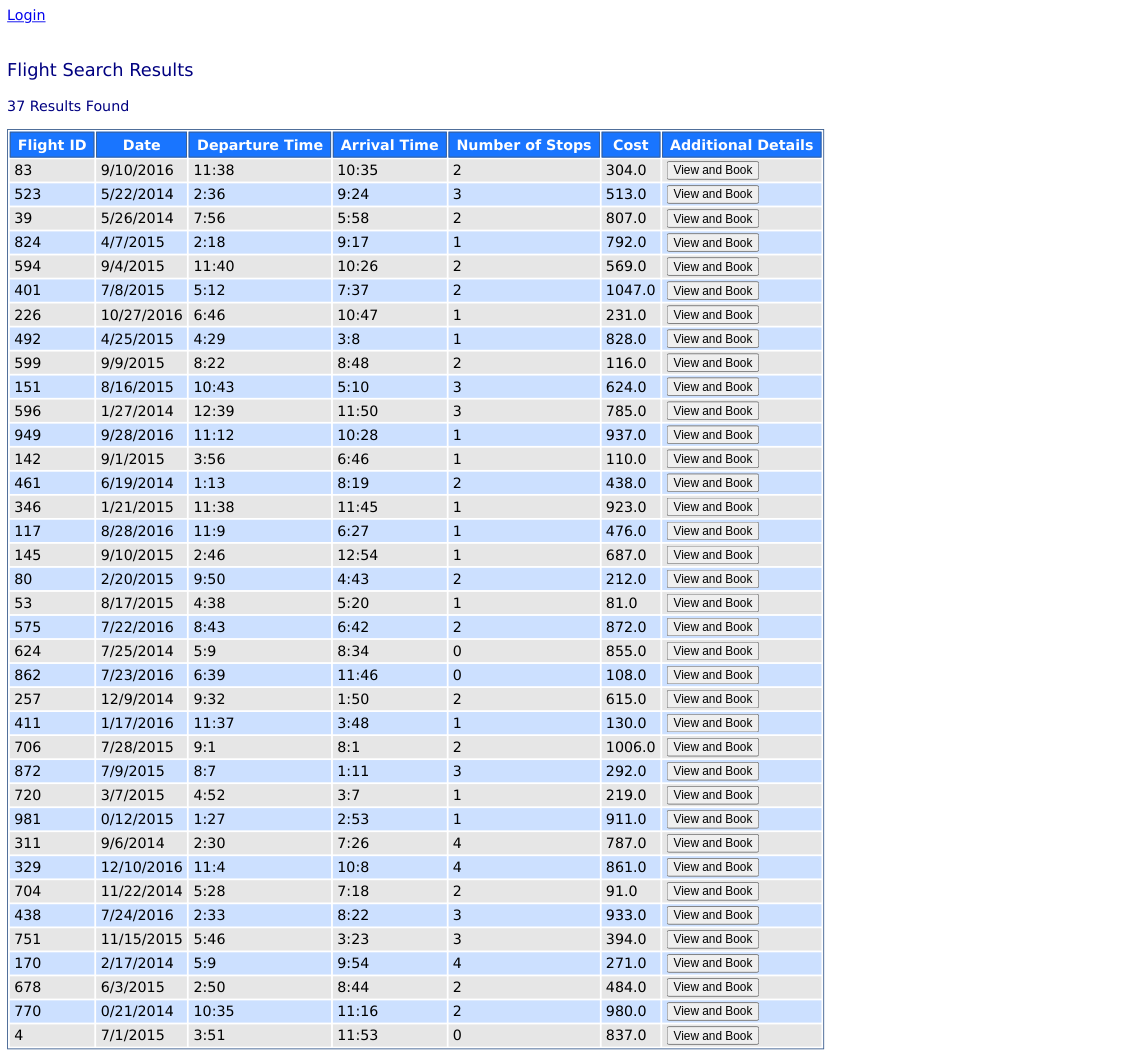
Repository: jliu9000/CSE-464---Flight-Pages
Page: http://localhost/HW1/FlightSearchResults.jsp
These files come from the project's save history. The page is drawn as it stood at one moment and after the next save; the edit follows.
The browser window is 1280 px wide. The pictures show the whole page, at 89% of full size.
The page is served by Tomcat 9. Other server files are loaded and not shown.

Above is the page before, as saved 2014-09-21 09:01:16.

### HW1/WebContent/FlightSearchResults.jsp
<%@ page language="java" contentType="text/html; charset=ISO-8859-1"
    pageEncoding="ISO-8859-1"%>
<!DOCTYPE html PUBLIC "-//W3C//DTD HTML 4.01 Transitional//EN" "http://www.w3.org/TR/html4/loose.dtd">
<html>
<head>
<meta http-equiv="Content-Type" content="text/html; charset=ISO-8859-1">
<link rel="stylesheet" type="text/css" href="FlightStyles.css">
<title>Flight Search Results</title>

<%@ page import="flight.bizlogic.RecordFactory"%>
</head>
<body>


	<%  //get the records
		RecordFactory records = new RecordFactory(0);
	  	records.generateRecords();
	%>

	<a id="login" href="/login.jsp">
	<%
	//login or out
	if (session.getAttribute("nUserID") != null){%>
	Logout
	<% } else { %>
	Login
	<%}%>
	</a>

	<br><br>
	<p class="PageTitle">Flight Search Results</p>
	<p class="subheading"><%=records.TotalRecords() %> Results Found</p>

	<table>
		<TR>
			<th>Flight ID</th>
			<th>Date</th>
			<th>Departure Time</th>
			<th>Arrival Time</th>
			<th>Number of Stops</th>
			<th>Cost</th>
			<th>Additional Details</th>
		</TR>


		<%for (int i = 0; i<records.TotalRecords(); i++){%>
		<tr class='<%= i % 2 == 1 ? "" : "alt" %>'>
		<%=records.toHTMLTableRow(i) %>
			<td class="button">
				<a href="ViewAndBook.jsp"><button>View and Book</button></a>
			</td>
		</tr>
		<%} %>

	</table>


</body>






</html>

### HW1/src/flight/bizlogic/RecordFactory.java
package flight.bizlogic;
import java.util.ArrayList;



public class RecordFactory {
	//Master list
	private ArrayList<FlightRecord> oRecordsList;
	private int nTotalRecords;

	//Lists for record generation
	private String sListOfLocations[] = {"New York City, New York","Dallas, Texas","Sacramento, California",
			"Chicago, Illinois","Lincoln, Nebraska","Denver, Colorado","Atlanta, Georgia"};
	private int sListOfYears[] ={2014,2015,2016};
	private String sListOfClass[] ={"First Class", "Business", "Economy"};

	//Static test record
	private FlightRecord _oTestRecord = new FlightRecord(1, "Lincoln, NE", "Baltimore, MD", "9/28/2014", 52, "First Class",
			"7:00", "9:30", 1, 400.00);

	public RecordFactory(int nTotalRecords){

		//use nTotalRecords <= 0 for a random number of 1 to 50 records
		if (nTotalRecords <= 0){
			this.nTotalRecords = (int) Math.round(Math.random() * 49) + 1;
		}else{
			this.nTotalRecords = nTotalRecords;
		}

		oRecordsList = new ArrayList<FlightRecord>();

	}

	public void generateRecords(){

		for (int i = 0; i<= nTotalRecords; i++){
			oRecordsList.add(getSingleRecord());
		}

	}

	public FlightRecord getSingleRecord(){
		String sFormatedMonth;
		int nYear, nMonth, nDay, nSeats, nClass, nSource, nDestination, nID;

		nMonth = (int) Math.round(Math.random() * 12);
		nDay = (int) Math.round(Math.random() * 28);
		nYear = (int) Math.round(Math.random() * 2);
		sFormatedMonth = nMonth + "/" +nDay +"/" +sListOfYears[nYear];

		nSeats = (int) Math.round(Math.random() * 100);
		nClass = (int) Math.round(Math.random()*2);
		nSource = (int) Math.round(Math.random()*6);
		nDestination = (int) Math.round(Math.random() * 6);
		//destination cannot equal source
		while (nDestination == nSource){
			nDestination = (int) Math.round(Math.random() * 6);
		}

		return new FlightRecord(sListOfLocations[nSource], sListOfLocations[nDestination], sFormatedMonth, nSeats, sListOfClass[nClass]);

	}





	public String toHTMLTableRow(int nRow){
		FlightRecord r;
		String sHTMLRow;
		if (nRow < oRecordsList.size()){
			r = oRecordsList.get(nRow);
		}else{
			return "";
		}

		sHTMLRow = "<td>" +r.getID() +"</td>";
		sHTMLRow += "<td>" +r.getDateOfTravel() +"</td>";
		sHTMLRow += "<td>" +r.getDepartureTime() +"</td>";
		sHTMLRow += "<td>" +r.getArrivalTime() +"</td>";
		sHTMLRow += "<td>" +r.getNumberOfStops() +"</td>";
		sHTMLRow += "<td>" +r.getCost() +"</td>";

		return sHTMLRow;
	}

	public FlightRecord TestRecord() {
		return _oTestRecord;
	}

	public int TotalRecords(){
		return nTotalRecords;

	}
}

### HW1/src/flight/bizlogic/FlightRecord.java
package flight.bizlogic;

public class FlightRecord {
	private String sSource;
	private String sDestination;
	private String sDateOfTravel;
	private String sClass;
	private int nSeats;

	private String sDepartureTime;
	private String sArrivalTime;
	private int nNumberOfStops;
	private double dCost;
	private int nID;


	public FlightRecord(String sSource, String sDestination, String sDateOfTravel, int nSeats,
			String sClass){
		this.sSource = sSource;
		this.sDestination = sDestination;
		this.sDateOfTravel = sDateOfTravel;
		this.nSeats = nSeats;
		this.sClass = sClass;
		fillRecord();
	}

	public FlightRecord(int nID, String sSource, String sDestination, String sDateOfTravel, int nSeats,
			String sClass, String sDepartureTime, String sArrivalTime, int nNumberOfStops, double dCost){
		this.nID = nID;
		this.sSource = sSource;
		this.sDestination = sDestination;
		this.sDateOfTravel = sDateOfTravel;
		this.nSeats = nSeats;
		this.sClass = sClass;
		this.sDepartureTime = sDepartureTime;
		this.sArrivalTime = sArrivalTime;
		this.nNumberOfStops = nNumberOfStops;
		this.dCost = dCost;

	}


	//fill missing fields w/ random numbers
	private void fillRecord(){
		int nHour, nMin;
		nID = (int) Math.round(Math.random()*1000);
		nHour = (int) Math.round(Math.random() * 11) + 1;
		nMin = (int) Math.round(Math.random() * 60);
		sDepartureTime =  nHour +":" +nMin;
		nHour = (int) Math.round(Math.random() * 11) + 1;
		nMin = (int) Math.round(Math.random() * 60);
		sArrivalTime =  nHour +":" +nMin;
		nNumberOfStops = (int) Math.round(Math.random() * 4);
		dCost =  Math.round(Math.random() * 1000) + 50;

	}



	public String getDepartureTime() {
		return sDepartureTime;
	}


	public String getArrivalTime() {
		return sArrivalTime;
	}


	public int getNumberOfStops() {
		return nNumberOfStops;
	}


	public double getCost() {
		return dCost;
	}


	public int getID() {
		return nID;
	}



	public String getSource() {
		return sSource;
	}

	public String getDestination() {
		return sDestination;
	}

	public String getDateOfTravel() {
		return sDateOfTravel;
	}

	public String getFlightClass() {
		return sClass;
	}

	public int getSeats() {
		return nSeats;
	}






}

### HW1/WebContent/FlightStyles.css
@CHARSET "ISO-8859-1";

body {
	font-family: "Verdana";


}

p {
    font-size: 20px;
    color: navy;
    font-style: bold;
}

p.subheading {
	font-size: 16px;

}

table {
   border: 1px solid #3C5E8F;

}

th {
	border: 1px solid #3C5E8F;
    background-color: #1975FF;
    color: white;
    padding: 4px;
    padding-left: 8px;
	padding-right: 8px;

}

tr {
	border: 1px solid #3C5E8F;
	background-color: #CCE0FF;

}

tr.alt {
	border: 1px solid #3C5E8F;
	background-color: #E6E6E6;

}

td {
	border: 0px;
	padding: 2px;
	padding-left: 5px;
	padding-right: 5px;
}

td.button{
	align: center;
}

After the next save:
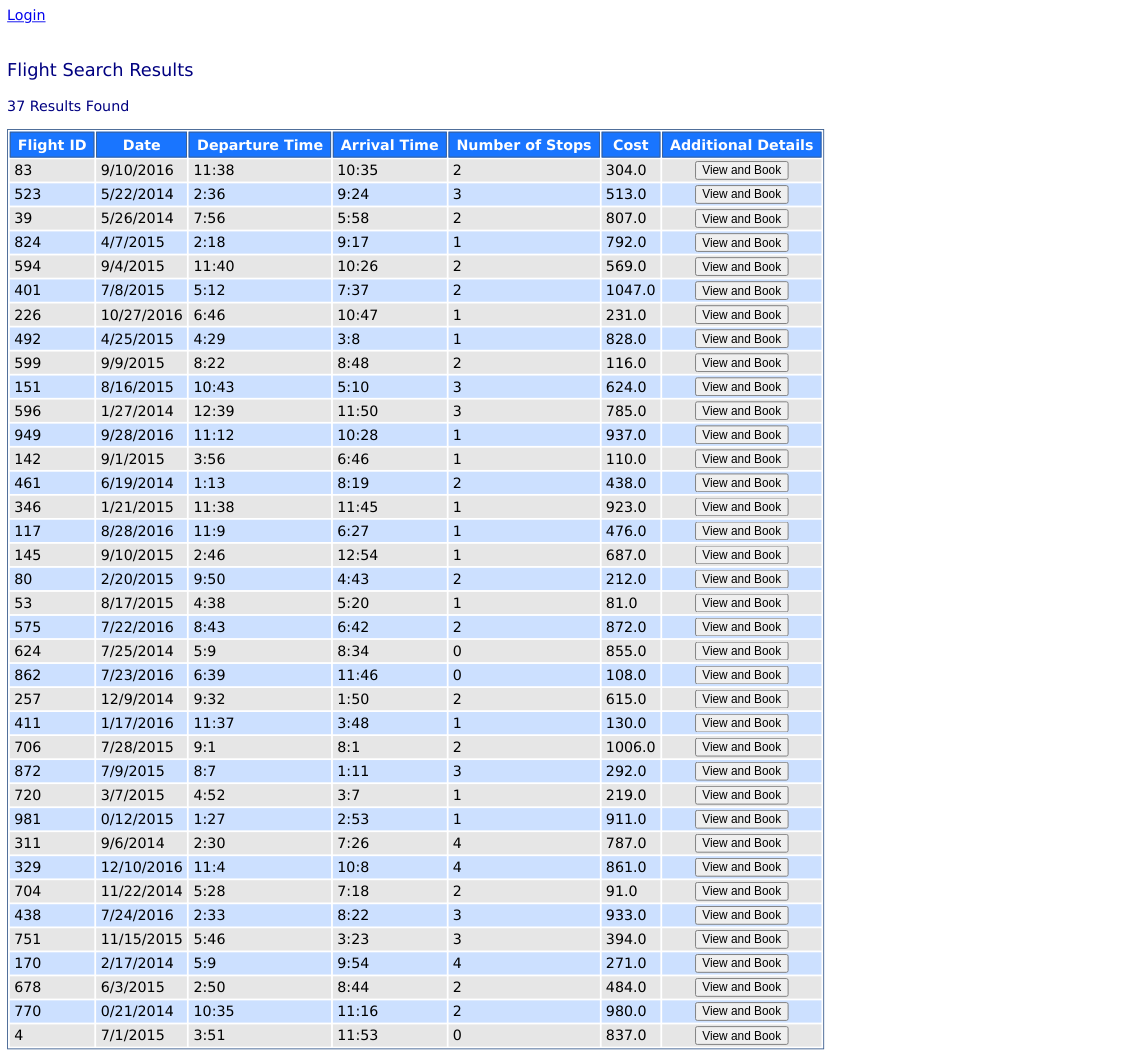
Saved 25 s later.
--- a/HW1/WebContent/FlightStyles.css
+++ b/HW1/WebContent/FlightStyles.css
@@ -52,5 +52,5 @@ td {
 }
 
 td.button{
-	align: center;
+	text-align: center;
 }
